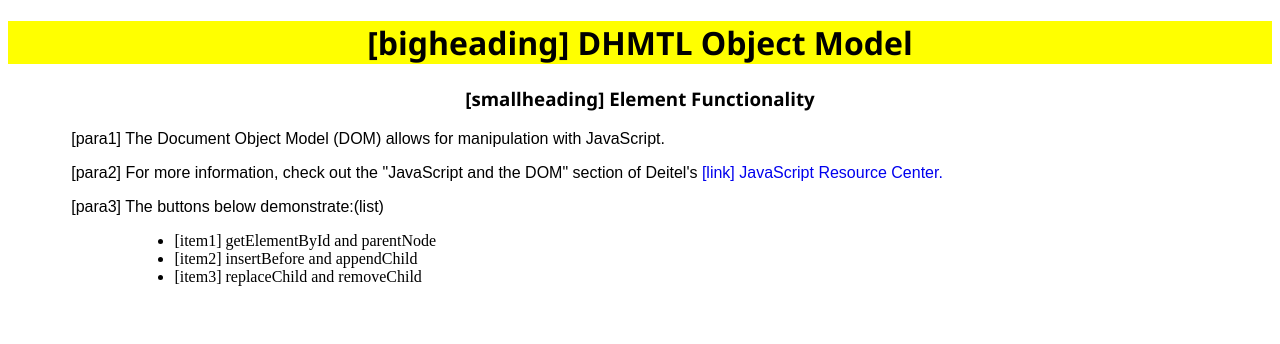
Repository: mlmEFSC21/P21-DOM-html
Page: dom.html
The author's editor kept a copy of each file at every save. The page is drawn from the files as they stood at one save, then again after the next save.
The browser window is 1280 px wide. The pictures show the whole page.

Above is the page before, as saved 2022-04-13 14:48:14.

### dom.html
<!DOCTYPE html>
<!-- Fig. 12.4: dom.html -->
<!-- Basic DOM functionality -->
<html lang="en">
    <head>
        <meta charset="UTF-8" />
        <meta http-equiv="X-UA-Compatible" content="IE=edge" />
        <meta name="viewport" content="width=device-width, initial-scale=1.0" />
        <title>Basic DOM Functionality</title>
        <link rel="stylesheet" href="style.css" />
        <script src="dom.js"></script>
    </head>
    <body>
        <h1 id="bigheading" class="highlighted">[bigheading] DHMTL Object Model</h1>
        <h3 id="smallheading">[smallheading] Element Functionality</h3>
        <p id="para1">
            [para1] The Document Object Model (DOM) allows for manipulation with JavaScript.
        </p>
        <p id="para2">
            [para2] For more information, check out the "JavaScript and the DOM" section of Deitel's
            <a href="https://deitel.com/javascript" id="link">[link] JavaScript Resource Center.</a>
        </p>
        <p id="para3">[para3] The buttons below demonstrate:(list)</p>
        <ul id="list">
            <li id="item1">[item1] getElementById and parentNode</li>
            <li id="item2">[item2] insertBefore and appendChild</li>
            <li id="item3">[item3] replaceChild and removeChild</li>
        </ul>
    </body>
</html>

### style.css
/* Fig. 12.3: style.css */
/* CSS for dom.html */

h1,
h3 {
    text-align: center;
    font-family: "Segoe UI", Tahoma, Geneva, Verdana, sans-serif;
}
p {
    margin-left: 5%;
    margin-right: 5%;
    font-family: arial, helvetica, sans-serif;
}
ul {
    margin-left: 10%;
}
a {
    text-decoration: none;
}
a:hover {
    text-decoration: underline;
}
.nav {
    width: 100%;
    border-top: 3px dashed blue;
    padding-top: 10px;
}
.highlighted {
    background-color: yellow;
}
input {
    width: 150px;
}
form > p {
    margin: 0px;
}

Loaded but not shown: dom.js (no copy from this time; the picture is the same without it)

After the next save:
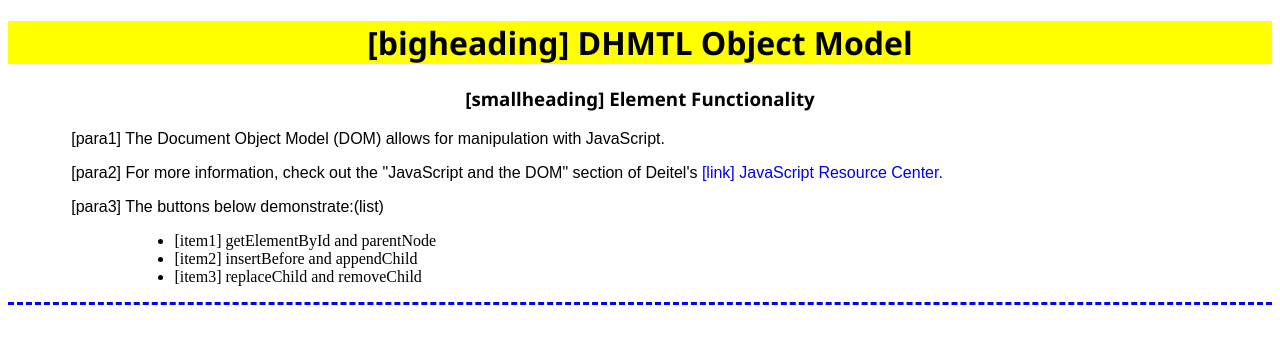
Saved 64 s later.
--- a/dom.html
+++ b/dom.html
@@ -26,5 +26,8 @@
             <li id="item2">[item2] insertBefore and appendChild</li>
             <li id="item3">[item3] replaceChild and removeChild</li>
         </ul>
+        <div id="nav" class="nav">
+            <form onsubmit="return false" action="#"></form>
+        </div>
     </body>
 </html>
